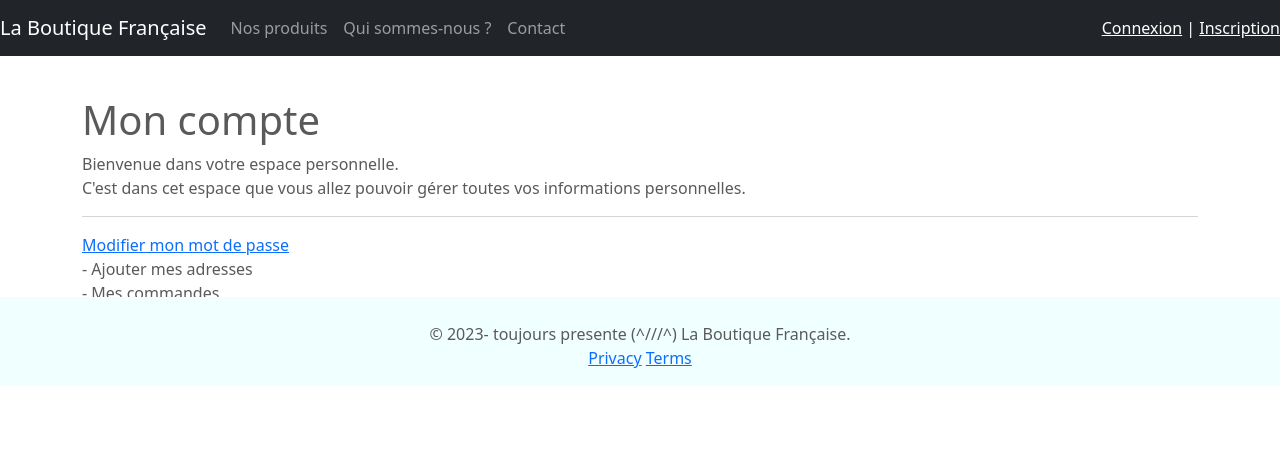
Repository: Coulibaly00180/laboutiquefrancaise
Page: templates/account/index.html.twig
The author's editor kept a copy of each file at every save. The page is drawn from the files as they stood at one save, then again after the next save.
The browser window is 1280 px wide. The pictures show the whole page.
The page is a Twig template of a Symfony application; nobody is signed in and links lead nowhere. The template is opened directly, without the code that normally fills it, so the values that code supplies are empty.

Above is the page before, as saved 2023-03-05 17:03:33.

### templates/account/index.html.twig
{% extends 'base.html.twig' %}

{% block title %}Mon compte - La Boutique Française{% endblock %}

{% block content %}
    <h1>Mon compte</h1>
    Bienvenue {{ app.user.firstName}} dans votre espace personnelle. <br>
    C'est dans cet espace que vous allez pouvoir gérer toutes vos informations personnelles.<br>
    <hr>
    <a href="{{ path('app_account_password') }}">Modifier mon mot de passe</a> <br>
    -   Ajouter mes adresses<br>
    -   Mes commandes<br>
    <hr>
{% endblock %}

### templates/base.html.twig
<!doctype html>
<html lang="fr">
<head>
    <meta charset="utf-8">
    <meta name="viewport" content="width=device-width, initial-scale=1, shrink-to-fit=no">
    <meta name="description" content="">
    <meta name="author" content="Coulibaly Abdoulaye Christian">
    <meta name="generator" content="Jekyll v4.1.1">
    <title>{% block title %}La Boutique Française - 100% Made in French{% endblock %}</title>

    <!-- Bootstrap core CSS -->
    <link href="{{ asset('assets/css/bootstrap.min.css') }}" rel="stylesheet">
    <link href="{{ asset('assets/css/style.css') }}" rel="stylesheet">

    <style>
        .bd-placeholder-img {
            font-size: 1.125rem;
            text-anchor: middle;
            -webkit-user-select: none;
            -moz-user-select: none;
            -ms-user-select: none;
            user-select: none;
        }

        @media (min-width: 768px) {
            .bd-placeholder-img-lg {
                font-size: 3.5rem;
            }
        }
    </style>
    <!-- Custom styles for this template -->
    <link href="{{ asset('assets/css/carousel.css') }}" rel="stylesheet">
</head>
<body>
    <header>
        <nav class="navbar navbar-expand-md navbar-dark fixed-top bg-dark">
            <a class="navbar-brand" href="{{path('app_home') }}">La Boutique Française</a>
            <button class="navbar-toggler" type="button" data-toggle="collapse" data-target="#navbarCollapse" aria-controls="navbarCollapse" aria-expanded="false" aria-label="Toggle navigation">
                <span class="navbar-toggler-icon"></span>
            </button>
            <div class="collapse navbar-collapse" id="navbarCollapse">
                <ul class="navbar-nav me-auto mb-2 mb-md-0">
                    <li class="nav-item active">
                        <a class="nav-link" href="{{path('app_products') }}">Nos produits</a>
                    </li>
                    <li class="nav-item">
                        <a class="nav-link" href="#">Qui sommes-nous ?</a>
                    </li>
                    <li class="nav-item">
                        <a class="nav-link" href="#">Contact</a>
                    </li>

                </ul>

                <div class="navbar-item-custom">
                    {% if app.user %}
                        <a href=" {{path('app_account') }}">Mon compte <small>( {{app.user.lastName}} )</small></a> | <a href=" {{ path('app_logout') }}">Déconnexion</a>
                    {% else %}
                        <a href=" {{ path('app_login') }}">Connexion</a> | <a href="{{ path('app_register') }}">Inscription</a>
                    {% endif %}
                </div>

            </div>
        </nav>
    </header>

    <main role="main">

        {% if block('carousel') is defined %}

        <div id="myCarousel" class="carousel slide" data-ride="carousel">
            <ol class="carousel-indicators">
                <li data-target="#myCarousel" data-slide-to="0" class="active"></li>
                <li data-target="#myCarousel" data-slide-to="1"></li>
                <li data-target="#myCarousel" data-slide-to="2"></li>
            </ol>
            <div class="carousel-inner">
                <div class="carousel-item active">
                    <svg class="bd-placeholder-img" width="100%" height="100%" xmlns="http://www.w3.org/2000/svg" preserveAspectRatio="xMidYMid slice" focusable="false" role="img"><rect width="100%" height="100%" fill="#777"/></svg>
                    <div class="container">
                        <div class="carousel-caption text-left">
                            <h1>Example headline.</h1>
                            <p>Cras justo odio, dapibus ac facilisis in, egestas eget quam. Donec id elit non mi porta gravida at eget metus. Nullam id dolor id nibh ultricies vehicula ut id elit.</p>
                            <p><a class="btn btn-lg btn-primary" href="#" role="button">Sign up today</a></p>
                        </div>
                    </div>
                </div>
                <div class="carousel-item">
                    <svg class="bd-placeholder-img" width="100%" height="100%" xmlns="http://www.w3.org/2000/svg" preserveAspectRatio="xMidYMid slice" focusable="false" role="img"><rect width="100%" height="100%" fill="#777"/></svg>
                    <div class="container">
                        <div class="carousel-caption">
                            <h1>Another example headline.</h1>
                            <p>Cras justo odio, dapibus ac facilisis in, egestas eget quam. Donec id elit non mi porta gravida at eget metus. Nullam id dolor id nibh ultricies vehicula ut id elit.</p>
                            <p><a class="btn btn-lg btn-primary" href="#" role="button">Learn more</a></p>
                        </div>
                    </div>
                </div>
                <div class="carousel-item">
                    <svg class="bd-placeholder-img" width="100%" height="100%" xmlns="http://www.w3.org/2000/svg" preserveAspectRatio="xMidYMid slice" focusable="false" role="img"><rect width="100%" height="100%" fill="#777"/></svg>
                    <div class="container">
                        <div class="carousel-caption text-right">
                            <h1>One more for good measure.</h1>
                            <p>Cras justo odio, dapibus ac facilisis in, egestas eget quam. Donec id elit non mi porta gravida at eget metus. Nullam id dolor id nibh ultricies vehicula ut id elit.</p>
                            <p><a class="btn btn-lg btn-primary" href="#" role="button">Browse gallery</a></p>
                        </div>
                    </div>
                </div>
            </div>
            <a class="carousel-control-prev" href="#myCarousel" role="button" data-slide="prev">
                <span class="carousel-control-prev-icon" aria-hidden="true"></span>
                <span class="sr-only">Previous</span>
            </a>
            <a class="carousel-control-next" href="#myCarousel" role="button" data-slide="next">
                <span class="carousel-control-next-icon" aria-hidden="true"></span>
                <span class="sr-only">Next</span>
            </a>
        </div>

        {% endif %}


        <!-- Marketing messaging and featurettes
        ================================================== -->
        <!-- Wrap the rest of the page in another container to center all the content. -->

        <div class="container marketing {% if block('carousel') is not defined %} mt-5 {% endif %}">

            {% block content %}

            {% endblock %}

        </div><!-- /.container -->

        <!-- FOOTER -->
        <footer class="footer-custom">
            <p>&copy; 2023- toujours presente (^///^) La Boutique Française. <br>
                <a href="#">Privacy</a> <a href="#">Terms</a>
            </p>
        </footer>
    </main>
    <script src="https://code.jquery.com/jquery-3.5.1.slim.min.js"></script>
    <script src="{{ asset('assets/js/bootstrap.bundle.js') }}"></script>
</body>
</html>

### public/assets/css/style.css
body{
    position: relative;
}

.navbar-item-custom, .navbar-item-custom a{
    color: #fff;
}

.footer-custom{
    text-align: center;
    position: absolute;
    bottom: 0;
    width: 100%;
    background-color: azure;
    padding-top: 25px;
}

.product-item {
    margin-top: 50px;
}

.product-item h5{
    text-transform: uppercase;
    font-size: 18px;
    margin-bottom: 1px;
}

.product-item .product-subtitle{
    font-size: 14px;
    display: block;
    margin-bottom: 10px;
}

.product-item .product-price{
    font-size: 14px;
    font-weight: bold;
}

.product-container {
    margin-bottom: 125px;
}

### public/assets/css/carousel.css
/* GLOBAL STYLES
-------------------------------------------------- */
/* Padding below the footer and lighter body text */

body {
    padding-top: 3rem;
    padding-bottom: 3rem;
    color: #5a5a5a;
}


/* CUSTOMIZE THE CAROUSEL
-------------------------------------------------- */

/* Carousel base class */
.carousel {
    margin-bottom: 4rem;
}
/* Since positioning the image, we need to help out the caption */
.carousel-caption {
    bottom: 3rem;
    z-index: 10;
}

/* Declare heights because of positioning of img element */
.carousel-item {
    height: 32rem;
}
.carousel-item > img {
    position: absolute;
    top: 0;
    left: 0;
    min-width: 100%;
    height: 32rem;
}


/* MARKETING CONTENT
-------------------------------------------------- */

/* Center align the text within the three columns below the carousel */
.marketing .col-lg-4 {
    margin-bottom: 1.5rem;
    text-align: center;
}
.marketing h2 {
    font-weight: 400;
}
.marketing .col-lg-4 p {
    margin-right: .75rem;
    margin-left: .75rem;
}


/* Featurettes
------------------------- */

.featurette-divider {
    margin: 5rem 0; /* Space out the Bootstrap <hr> more */
}

/* Thin out the marketing headings */
.featurette-heading {
    font-weight: 300;
    line-height: 1;
    letter-spacing: -.05rem;
}


/* RESPONSIVE CSS
-------------------------------------------------- */

@media (min-width: 40em) {
    /* Bump up size of carousel content */
    .carousel-caption p {
        margin-bottom: 1.25rem;
        font-size: 1.25rem;
        line-height: 1.4;
    }

    .featurette-heading {
        font-size: 50px;
    }
}

@media (min-width: 62em) {
    .featurette-heading {
        margin-top: 7rem;
    }
}

Loaded but not shown: public/assets/css/bootstrap.min.css (library); public/assets/js/bootstrap.bundle.js (library)

After the next save:
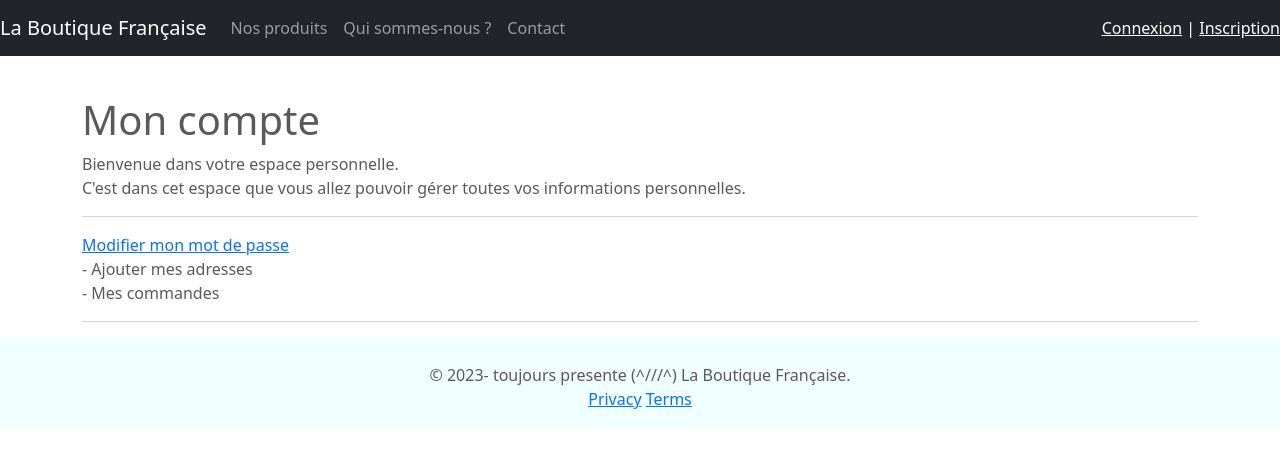
Saved 49 s later.
--- a/public/assets/css/style.css
+++ b/public/assets/css/style.css
@@ -9,7 +9,6 @@ body{
 .footer-custom{
     text-align: center;
     position: absolute;
-    bottom: 0;
     width: 100%;
     background-color: azure;
     padding-top: 25px;
